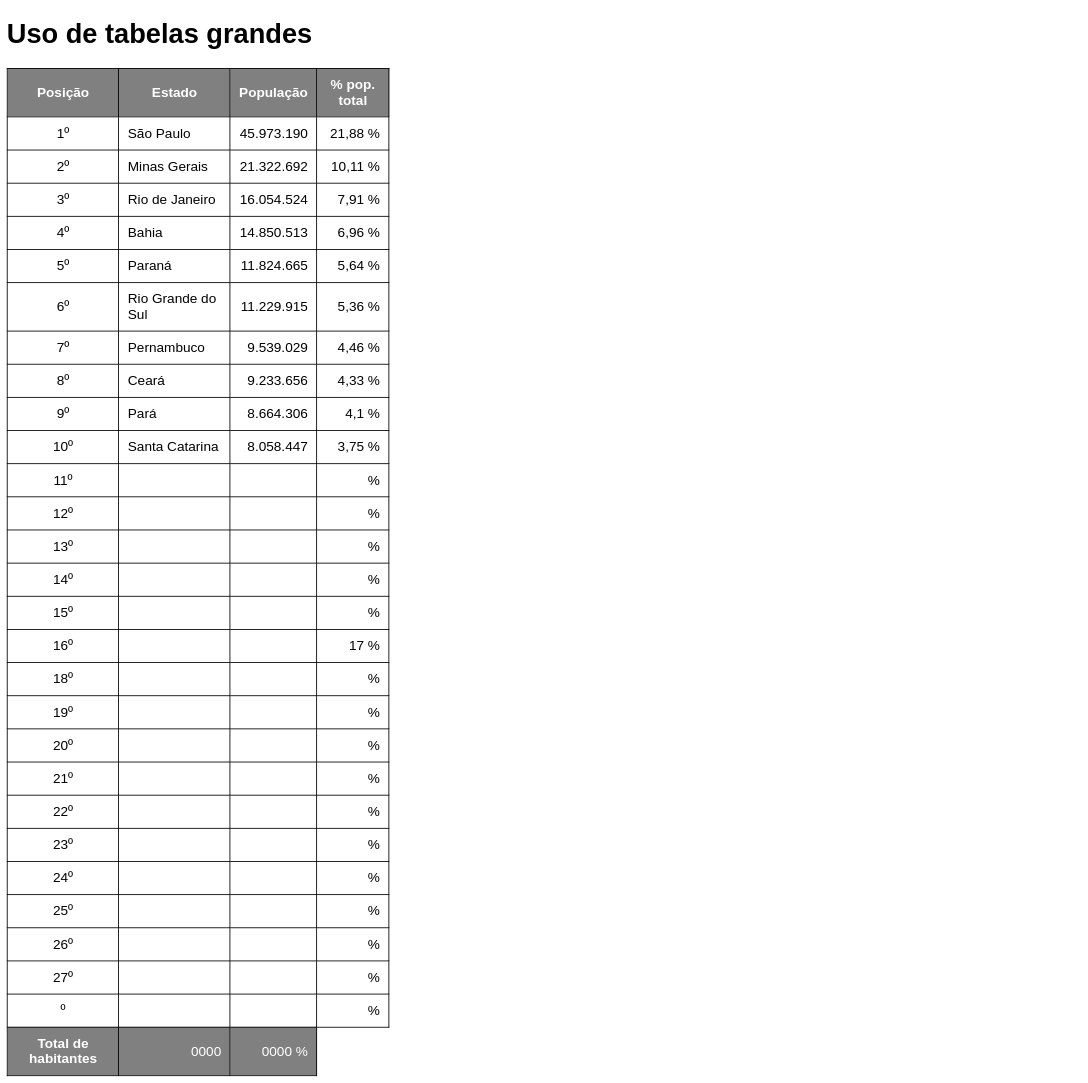
Repository: railsondev/html-css
Page: Módulo3/Exercicios/Ex02 - Tabelas/tabela002.html
An editor plug-in stored every save of this project. The page is shown before and after the next save, followed by the edit.
The browser window is 1280 px wide. The pictures show the whole page, at 85% of full size.

Above is the page before, as saved 2024-10-18 18:47:51.

After the next save:
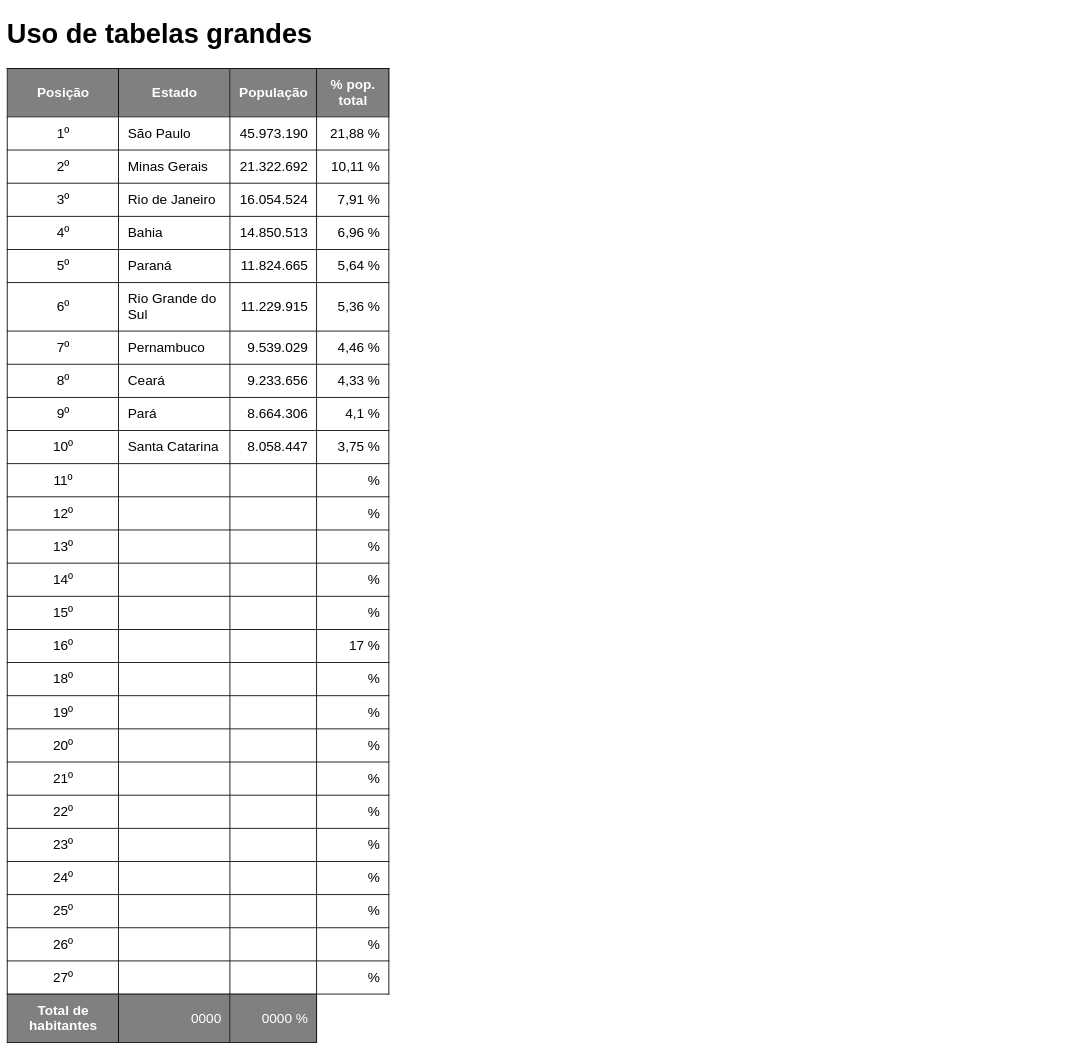
Saved 10 s later.
--- a/Módulo3/Exercicios/Ex02 - Tabelas/tabela002.html
+++ b/Módulo3/Exercicios/Ex02 - Tabelas/tabela002.html
@@ -174,12 +174,6 @@
         <td class="numero"></td>
         <td class="porc"></td>
       </tr>
-      <tr>
-        <td class="pos"></td>
-        <td></td>
-        <td class="numero"></td>
-        <td class="porc"></td>
-      </tr>
     <tfoot>
       <tr>
         <th>Total de habitantes</th>
